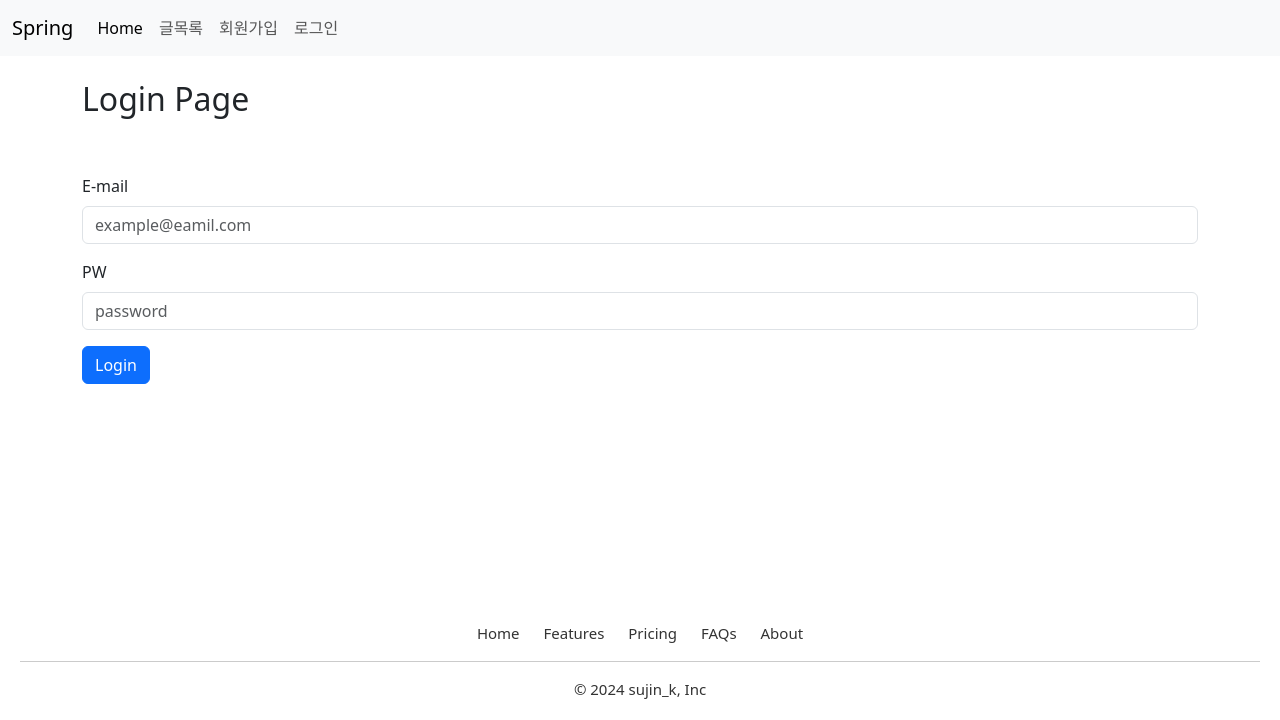
Repository: sujin1221/spring
Page: http://localhost/spring_test2/WEB-INF/views/member/login.jsp
An editor plug-in stored every save of this project. The page is shown before and after the next save, followed by the edit.
The browser window is 1280 px wide. The pictures show the whole page.
The page is served by Tomcat 9. Nobody is signed in. Other server files are loaded and not shown. The template is opened directly, without the code that normally fills it, so the values that code supplies are empty.

Above is the page before, as saved 2024-01-15 05:07:37.
Console error: TypeError: Cannot read properties of null (reading 'addEventListener')

### spring_test2/src/main/webapp/WEB-INF/views/member/login.jsp
<%@ page language="java" contentType="text/html; charset=UTF-8"
    pageEncoding="UTF-8"%>
    <%@ taglib uri = "http://java.sun.com/jsp/jstl/core" prefix="c" %>
<jsp:include page="../layout/header.jsp"></jsp:include>

<form action="/member/login" method="post">
<div class="container-md">
<br>
<h2>Login Page</h2><br>
<br>
<div class="mb-3">
  <label for="e" class="form-label">E-mail</label>
  <input type="email" name="email" class="form-control" id="e" placeholder="example@eamil.com">
</div>
<div class="mb-3">
  <label for="p" class="form-label">PW</label>
  <input type="password" name="pwd" class="form-control" id="p" placeholder="password">
</div>
<c:if test="${not empty param.errMsg}">
<div class="mb-3 text-danger fw-bold">
<c:choose>
<c:when test="${param.errMsg eq 'Bad credentials'}">
	<c:set value="이메일 또는 비밀번호가 일치하지 않습니다." var="errText"></c:set>
</c:when>
<c:otherwise>
	<c:set value="관리자(1111@naver.com)에게 문의바랍니다." var="errText"></c:set>
</c:otherwise>
</c:choose>
${errText}
</div>
</c:if>
<button type="submit" class="btn btn-primary">Login</button>
</div>
</form>


<jsp:include page="../layout/footer.jsp"></jsp:include>

### spring_test2/src/main/webapp/WEB-INF/views/layout/header.jsp
<%@ page language="java" contentType="text/html; charset=UTF-8"
    pageEncoding="UTF-8"%>
    <%@ taglib uri="http://java.sun.com/jsp/jstl/core" prefix="c" %>
    <%@ taglib uri="http://www.springframework.org/security/tags" prefix="sec" %>
<!DOCTYPE html>
<html>
<head>
<meta charset="UTF-8">
<title>Insert title here</title>
<link href="https://cdn.jsdelivr.net/npm/bootstrap@5.3.1/dist/css/bootstrap.min.css" rel="stylesheet" integrity="sha384-4bw+/aepP/YC94hEpVNVgiZdgIC5+VKNBQNGCHeKRQN+PtmoHDEXuppvnDJzQIu9" crossorigin="anonymous">
<script src="https://cdn.jsdelivr.net/npm/@popperjs/core@2.11.8/dist/umd/popper.min.js" integrity="sha384-I7E8VVD/ismYTF4hNIPjVp/Zjvgyol6VFvRkX/vR+Vc4jQkC+hVqc2pM8ODewa9r" crossorigin="anonymous"></script>
<script src="https://cdn.jsdelivr.net/npm/bootstrap@5.3.1/dist/js/bootstrap.min.js" integrity="sha384-Rx+T1VzGupg4BHQYs2gCW9It+akI2MM/mndMCy36UVfodzcJcF0GGLxZIzObiEfa" crossorigin="anonymous"></script>
<!-- bootstrap -->
</head>
<body>
<nav class="navbar navbar-expand-lg bg-body-tertiary">
  <div class="container-fluid">
    <a class="navbar-brand" href="#">Spring</a>
    <button class="navbar-toggler" type="button" data-bs-toggle="collapse" data-bs-target="#navbarSupportedContent" aria-controls="navbarSupportedContent" aria-expanded="false" aria-label="Toggle navigation">
      <span class="navbar-toggler-icon"></span>
    </button>
    <div class="collapse navbar-collapse" id="navbarSupportedContent">
      <ul class="navbar-nav me-auto mb-2 mb-lg-0">
        <li class="nav-item">
          <a class="nav-link active" aria-current="page" href="#">Home</a>
        </li>

        <li class="nav-item">
          <a class="nav-link" href="/board/list">글목록</a>
        </li>

        <li class="nav-item">
          <a class="nav-link" href="/member/register">회원가입</a>
        </li>

         <li class="nav-item">
          <a class="nav-link" href="/member/login">로그인</a>
         </li>


        <!-- 현재 인증한 사용자의 정보를 가져와서 해당 권한이 있는지 확인 -->
        <!-- 현재 사용자의 정보는 principal -->
        <!-- anyMatch: stream에서 매칭이되는지 확인하는 메서드
        (최소한 1개의 요소가 주어진 요소에 맞는지 조사) -->
        <sec:authorize access="isAuthenticated()">
        <sec:authentication property="principal.mvo.email" var="authEmail"/>
        <sec:authentication property="principal.mvo.nickName" var="authNick"/>
        <sec:authentication property="principal.mvo.authList" var="auths"/>

        <c:choose>
        	<c:when test="${auths.stream().anyMatch(authVO -> authVO.auth.equals('ROLE_ADMIN')).get()}">
        		<li class="nav-item">
          			<a class="nav-link" href="/member/list">회원목록 ${authNick}(${authEmail}/ADMIN)</a>
          		</li>
        	</c:when>
        	<c:otherwise>
        	    <li class="nav-item">
          			<a class="nav-link" href="/member/modify">회원정보수정 ${authNick}(${authEmail})</a>
          		</li>
        	</c:otherwise>
        </c:choose>

        <li class="nav-item">
          <a class="nav-link" href="/board/register">글작성</a>
        </li>
          <li class="nav-item">
          	<a class="nav-link" href="" id="logoutLink">로그아웃</a>
          </li>

          <form action="/member/logout" method="post" id="logoutForm">
          	<!-- 인증된 이메일(로그인한 계정의) -->
          	<input type="hidden" name="email" value="${authEmail}">
          </form>
          </sec:authorize>
      </ul>
    </div>
  </div>
</nav>
</body>
</html>

<script type="text/javascript">
document.getElementById('logoutLink').addEventListener('click',(e)=>{
    e.preventDefault(); //무력화
    document.getElementById('logoutForm').submit(); //전송
});
</script>

### spring_test2/src/main/webapp/WEB-INF/views/layout/footer.jsp
<%@ page language="java" contentType="text/html; charset=UTF-8" pageEncoding="UTF-8"%>
<!DOCTYPE html>
<html>
<head>
    <style>
        body {
            margin: 0;
            display: flex;
            flex-direction: column;
            min-height: 100vh;
        }

        .footer {
            margin-top: auto;
            text-align: center;
            padding: 20px;
            font-size: 15px;
            color: #333;
        }

        .footer a {
            text-decoration: none;
            margin: 0 10px;
            color: #333;
        }
    </style>
</head>
<body>
    <div class="footer">
        <a href="" target="blank">Home</a>
        <a href="" target="blank">Features</a>
        <a href="" target="blank">Pricing</a>
        <a href="" target="blank">FAQs</a>
        <a href="" target="blank">About</a>
        <hr>
        © 2024 sujin_k, Inc
    </div>
</body>
</html>

After the next save:
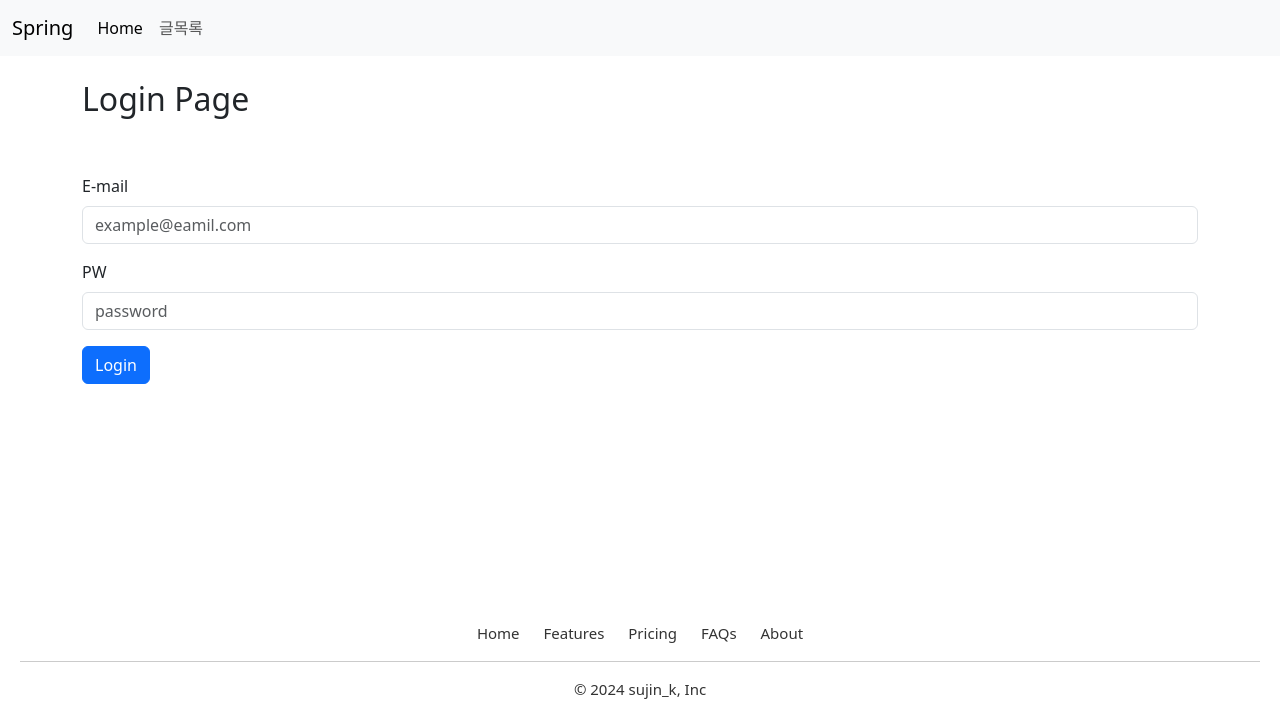
Saved 48 s later.
--- a/spring_test2/src/main/webapp/WEB-INF/views/layout/header.jsp
+++ b/spring_test2/src/main/webapp/WEB-INF/views/layout/header.jsp
@@ -21,6 +21,7 @@
     </button>
     <div class="collapse navbar-collapse" id="navbarSupportedContent">
       <ul class="navbar-nav me-auto mb-2 mb-lg-0">
+
         <li class="nav-item">
           <a class="nav-link active" aria-current="page" href="#">Home</a>
         </li>
@@ -29,6 +30,8 @@
           <a class="nav-link" href="/board/list">글목록</a>
         </li>
 
+        <!-- 로그인하고 나면 없어져야함 -->
+        <sec:authorize>
         <li class="nav-item">
           <a class="nav-link" href="/member/register">회원가입</a>
         </li>
@@ -36,7 +39,7 @@
          <li class="nav-item">
           <a class="nav-link" href="/member/login">로그인</a>
          </li>
-
+         </sec:authorize>
 
         <!-- 현재 인증한 사용자의 정보를 가져와서 해당 권한이 있는지 확인 -->
         <!-- 현재 사용자의 정보는 principal -->

After the save that followed:
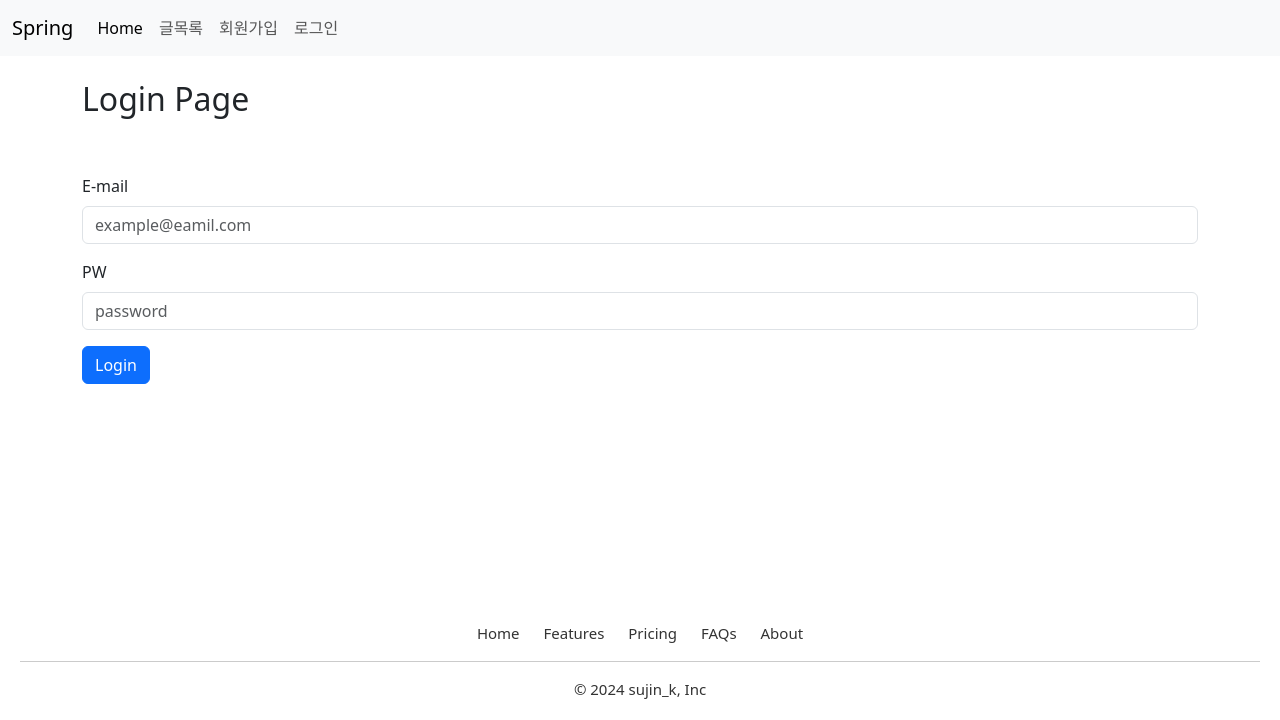
Saved 23 s later.
--- a/spring_test2/src/main/webapp/WEB-INF/views/layout/header.jsp
+++ b/spring_test2/src/main/webapp/WEB-INF/views/layout/header.jsp
@@ -31,7 +31,7 @@
         </li>
 
         <!-- 로그인하고 나면 없어져야함 -->
-        <sec:authorize>
+        <sec:authorize access="isAnonymous()">
         <li class="nav-item">
           <a class="nav-link" href="/member/register">회원가입</a>
         </li>
